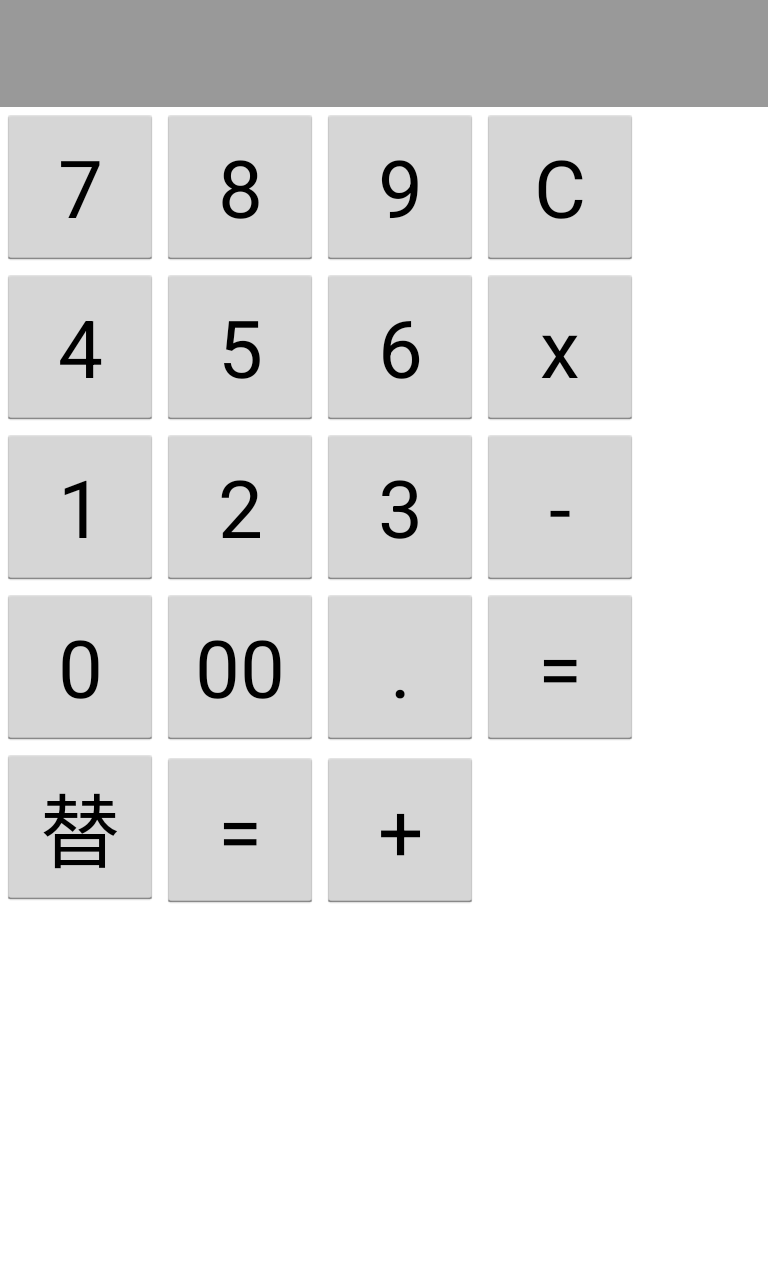
Repository: hirokuni/workspace_calc
Layout: Calculator/res/layout/activity_main.xml
These files come from the project's save history. The layout is drawn as it stood at one moment and after the next save; the edit follows.
It is drawn on a 768 x 1280 px phone screen (xhdpi) without system bars, with theme AppTheme; the app's code is not run.

Above is the layout before, as saved 2014-01-27 12:58:22.

After the next save:
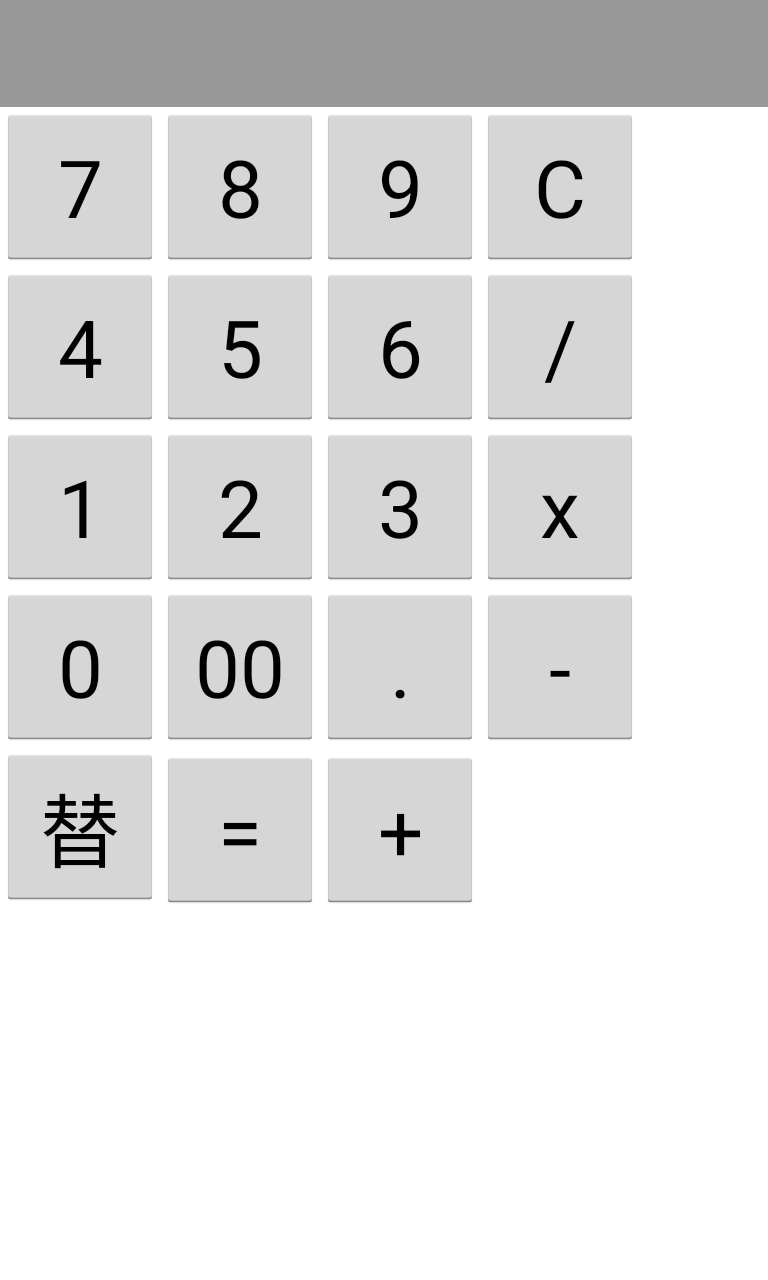
Saved 2 min 28 s later.
--- a/Calculator/res/layout/activity_main.xml
+++ b/Calculator/res/layout/activity_main.xml
@@ -77,10 +77,10 @@
  </Button>
 
  <Button
-     android:id="@+id/ButtonX"
+     android:id="@+id/ButtonDiv"
      android:layout_width="80dip"
      android:layout_height="80dip"
-     android:text="x"
+     android:text="/"
      android:textSize="40dip" />
 
     </LinearLayout>
@@ -113,10 +113,10 @@
  </Button>
 
  <Button
-     android:id="@+id/buttonMinus"
+     android:id="@+id/ButtonX"
      android:layout_width="80dip"
      android:layout_height="80dip"
-     android:text="-"
+     android:text="x"
      android:textSize="40dip" />
 
     </LinearLayout>
@@ -148,11 +148,12 @@
              android:textSize="40dip" />
 
          <Button
-             android:id="@+id/Button04"
+             android:id="@+id/buttonMinus"
              android:layout_width="80dip"
              android:layout_height="80dip"
-             android:text="="
+             android:text="-"
              android:textSize="40dip" />
+
      </LinearLayout>
 
     <LinearLayout
